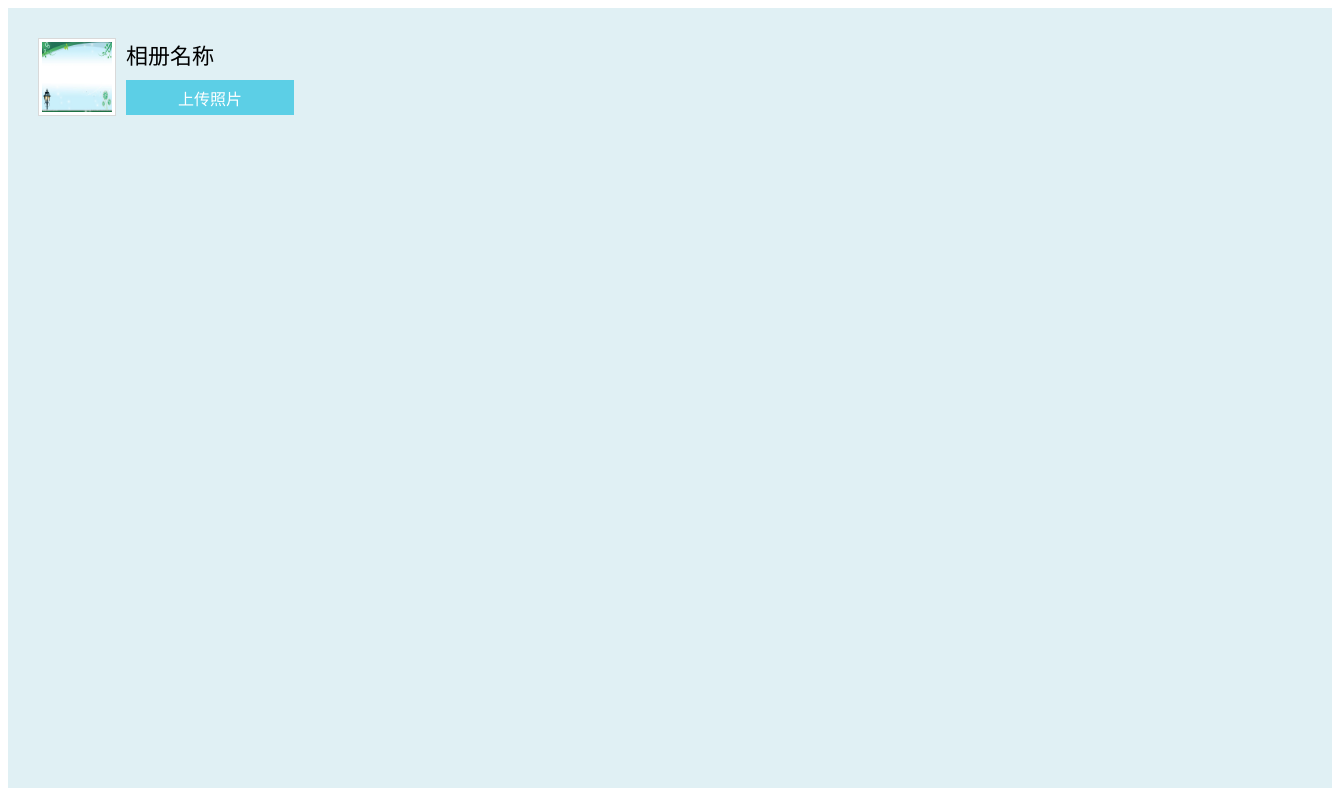
Repository: Jasonlee6789/ImgsUploadProject
Page: static/photo.html
These files come from the project's save history. The page is drawn as it stood at one moment and after the next save; the edit follows.
The browser window is 1280 px wide. The page is 1332 px wide, so the pictures cover 1332 px, including what lies to the right of the window. The pictures show the whole page.
The page's requests for data from a server got no answer.

Above is the page before, as saved 2020-07-27 14:03:48.

After the next save:
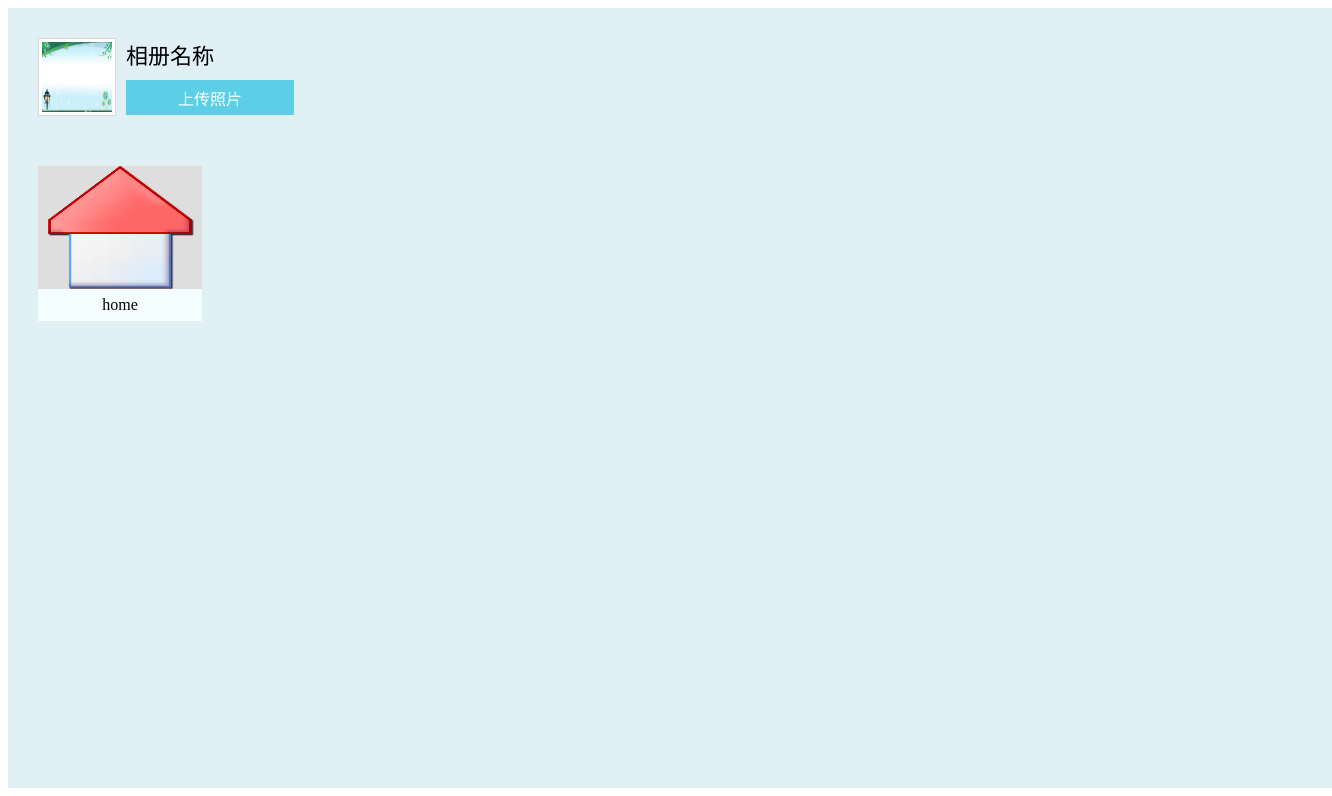
Console error: ReferenceError: opo is not defined
Saved 2 min 45 s later.
--- a/static/js/getAllPhotoes.js
+++ b/static/js/getAllPhotoes.js
@@ -13,3 +13,4 @@ export function getAllPhotoes() {
 }
 
 console.log("ensure getAllPhotoes works");
+opo;

After the 2 saves that followed:
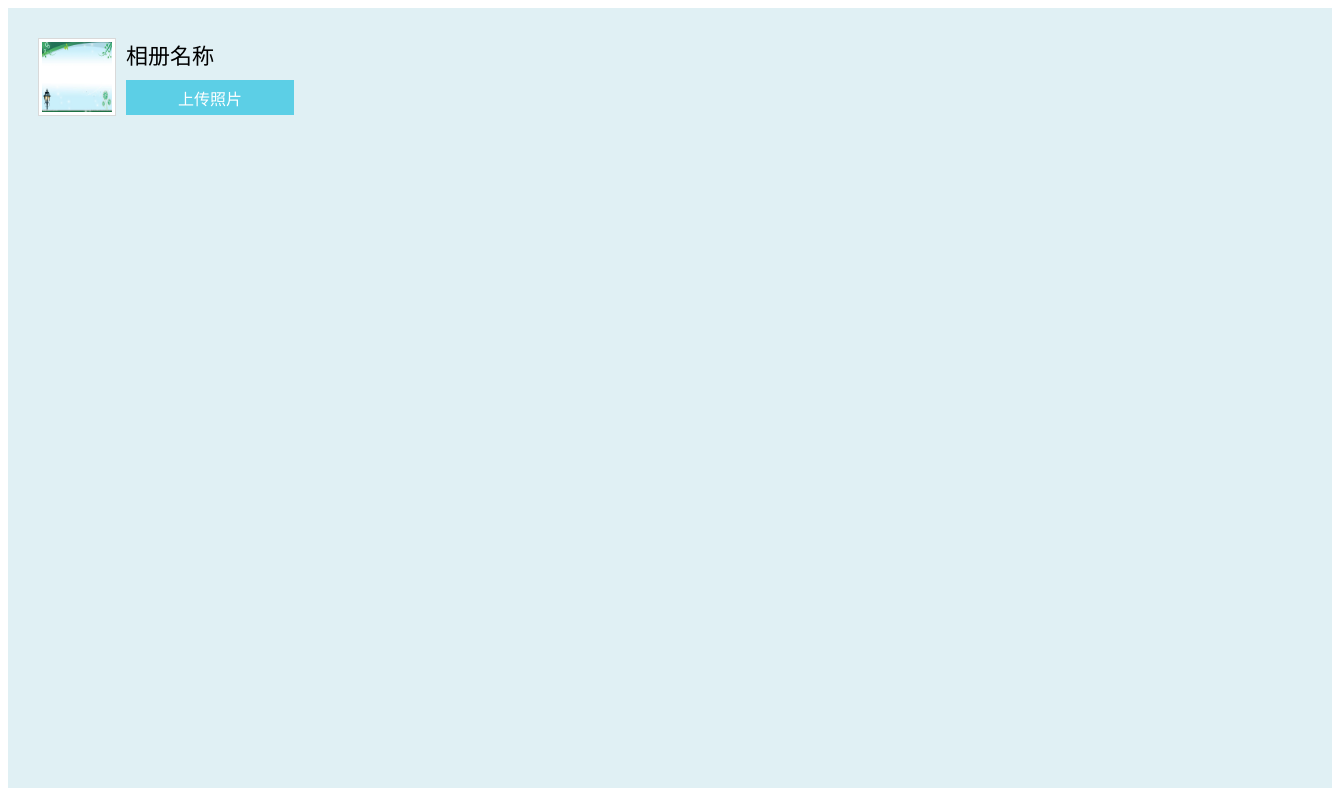
The error is gone.
The 2 saves are shown as one change because 1 left the picture as it was.
The last was saved 44 s later.
--- a/static/js/main.js
+++ b/static/js/main.js
@@ -116,7 +116,7 @@ function hidemasking() {
 async function renderShowImg() {
   parentElement.innerHTML = ``;
   const res = await getAllPhotoes();
-  const { data } = JSON.parse(res.data);
+  const { data } = res.data;
   console.log(data[0]);
   data[0].forEach((photoInfo) => {
     new ShowImg(photoInfo);
--- a/static/js/getAllPhotoes.js
+++ b/static/js/getAllPhotoes.js
@@ -13,4 +13,3 @@ export function getAllPhotoes() {
 }
 
 console.log("ensure getAllPhotoes works");
-opo;
